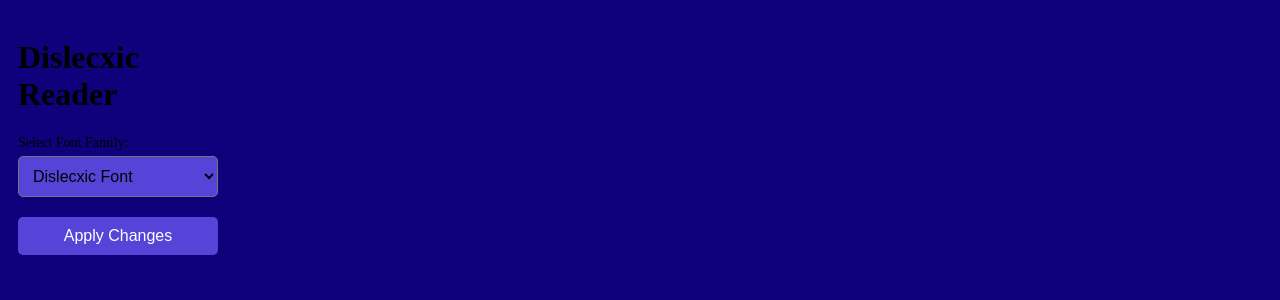
Repository: adatechschool/extension-navigateur-extension_walid_eliana_imelda
Page: Extention 3/popup.html
An editor plug-in stored every save of this project. The page is shown before and after the next save, followed by the edit.
The browser window is 1280 px wide. The pictures show the whole page.

Above is the page before, as saved 2024-01-12 15:55:28.

After the next save:
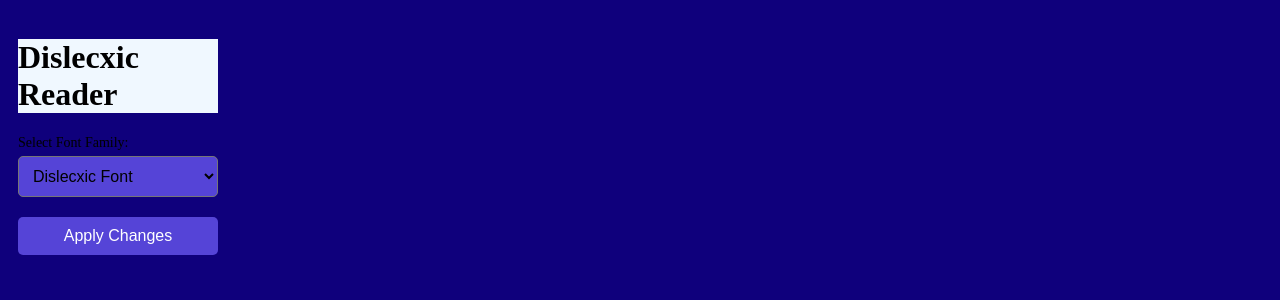
Saved 45 s later.
--- a/Extention 3/popup.css
+++ b/Extention 3/popup.css
@@ -30,3 +30,6 @@ body {
   button:hover {
     background-color: #357ae8;
   }
+  h1 {
+    background-color:aliceblue;
+  }

After the save that followed:
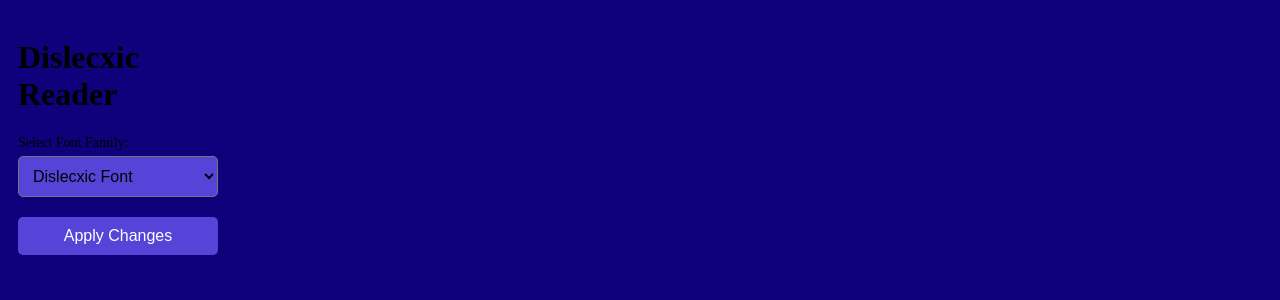
Saved 28 s later.
--- a/Extention 3/popup.css
+++ b/Extention 3/popup.css
@@ -31,5 +31,5 @@ body {
     background-color: #357ae8;
   }
   h1 {
-    background-color:aliceblue;
+    font-style: color:white;
   }
